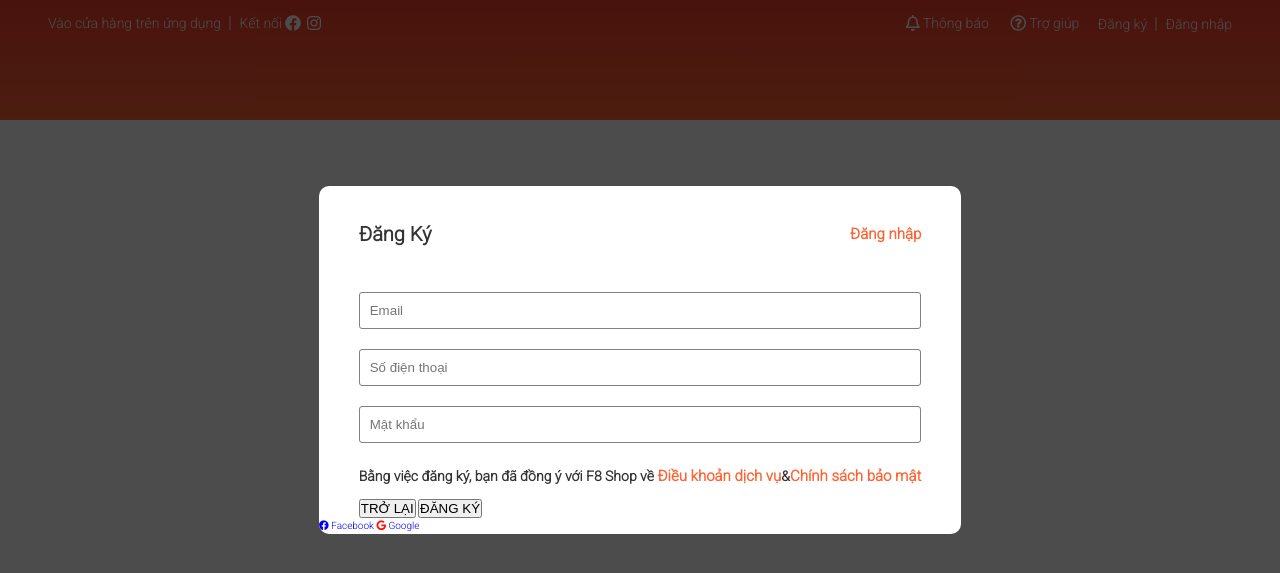
Repository: kebinh1235/Shopee-Demo
Page: index.html
These files come from the project's save history. The page is drawn as it stood at one moment and after the next save; the edit follows.
The browser window is 1280 px wide. The pictures show the whole page.

Above is the page before, as saved 2021-10-01 22:36:16.

### index.html
<!DOCTYPE html>
<html lang="en">

<head>
  <meta charset="UTF-8">
  <meta http-equiv="X-UA-Compatible" content="IE=edge">
  <meta name="viewport" content="width=device-width, initial-scale=1.0">
  <title>F8 Shop</title>
  <link rel="stylesheet" href="./asset/css/main.css">
  <link rel="stylesheet" href="./asset/css/base.css">
  <link rel="stylesheet" href="https://cdnjs.cloudflare.com/ajax/libs/font-awesome/5.15.4/css/all.min.css">
</head>

<body>
  <div class="app">
    <header class="header">
      <div class="grid">
        <nav class="header__navbar">
          <ul class="header__navbar-list">
            <li class="header__navbar-item header__item-separator">
              Vào cửa hàng trên ứng dụng
              <div class="header__navbar-QRCode">
                <div class="header__navbar-QRCode-img">
                  <img
                    src="https://upload.wikimedia.org/wikipedia/commons/thumb/d/d0/QR_code_for_mobile_English_Wikipedia.svg/1200px-QR_code_for_mobile_English_Wikipedia.svg.png"
                    alt="">
                </div>
                <div class="header__navbar-QRCode-social">
                  <a class="header__navbar-QRCode-link" href="#">
                    <i class="fab fa-google header__navbar-QRCode-icon-google"></i>
                    <span class="header__navbar-QRCode-title-google">Google</span>
                  </a>
                  <a class="header__navbar-QRCode-link" href="#">
                    <i class="fab fa-facebook header__navbar-QRCode-icon-facebook"></i>
                    <span class="header__navbar-QRCode-title-facebook">Facebook</span>
                  </a>
                </div>
              </div>
            </li>
            <li class="header__navbar-item">
              <span class="user__select-none">Kết nối</span>
              <a class="header__navbar-link-icon" href="#">
                <i class="fab fa-facebook header__navbar-icon"></i>
              </a>
              <a class="header__navbar-link-icon" href="#">
                <i class="fab fa-instagram header__navbar-icon"></i>
              </a>
            </li>
          </ul>
          <ul class="header__navbar-list">
            <li class="header__navbar-item">
              <a href="#" class="header__navbar-link">
                <i class="far fa-bell header__navbar-icon"></i>
                Thông báo
              </a>
              <div class="header__navbar-notification">
                <div class="header__navbar-noti-heading">
                  <h3>Thông báo nhận hàng</h3>
                </div>
                <ul class="header__navbar-noti-list">
                  <li class="header__navbar-noti-list-item header__navbar-noti-list-viewd">
                    <a class="header__navbar-noti-list-link" href="#">
                      <img src="https://www.oberlo.com/media/1603958036-new-products.jpg" alt="">
                      <div class="header_navbar-noti-content">
                        <span class="header_navbar-noti-name">Xác thực chính hãng nguồn gốc các sản phẩm Ohui</span>
                        <span class="header_navbar-noti-description">Xác thực chính hãng nguồn gốc các sản phẩm
                          Ohui</span>
                      </div>
                    </a>
                  </li>
                  <li class="header__navbar-noti-list-item header__navbar-noti-list-viewd">
                    <a class="header__navbar-noti-list-link" href="#">
                      <img src="https://www.oberlo.com/media/1603958036-new-products.jpg" alt="">
                      <div class="header_navbar-noti-content">
                        <span class="header_navbar-noti-name">Xác thực chính hãng nguồn gốc các sản phẩm Ohui</span>
                        <span class="header_navbar-noti-description">Xác thực chính hãng nguồn gốc các sản phẩm
                          Ohui</span>
                      </div>
                    </a>
                  </li>
                  <li class="header__navbar-noti-list-item">
                    <a class="header__navbar-noti-list-link" href="#">
                      <img src="https://www.oberlo.com/media/1603958036-new-products.jpg" alt="">
                      <div class="header_navbar-noti-content">
                        <span class="header_navbar-noti-name">Xác thực chính hãng nguồn gốc các sản phẩm Ohui</span>
                        <span class="header_navbar-noti-description">Xác thực chính hãng nguồn gốc các sản phẩm
                          Ohui</span>
                      </div>
                    </a>
                  </li>
                </ul>
                <div class="header__navbar-noti-footer">
                  <a class="header__navbar-noti-footer-link" href="#">Xem tất cả</a>
                </div>
              </div>
            </li>
            <li class="header__navbar-item">
              <a href="#" class="header__navbar-link">
                <i class="far fa-question-circle header__navbar-icon"></i>
                Trợ giúp
              </a>
            </li>
            <li class="header__navbar-item">
              <a href="#" class="header__navbar-link header__item-bold header__item-separator">Đăng ký</a>
            </li>
            <li class="header__navbar-item">
              <a href="#" class="header__navbar-link header__item-bold">Đăng nhập</a>
            </li>
          </ul>
        </nav>
      </div>
    </header>

    <div class="container">

    </div>

    <div class="footer">

    </div>
    <!--Modal-->
    <div class="modal">
      <div class="modal__overlay"></div>
      <div class="modal__body">
        <div class="modal__inner">
          <div class="auth__form">
            <div class="auth__form-padding">
              <div class="auth__form-header">
                  <h3 class="auth__form-heading">Đăng Ký</h3>
                  <span class="authb__form-btn-switch">Đăng nhập</span>
              </div>
              <div class="auth__form-form">
                <div class="auth__form-group">
                  <input class="auth__form-input" type="text" placeholder="Email">
                </div>
                <div class="auth__form-group">
                  <input class="auth__form-input" type="text" placeholder="Số điện thoại">
                </div>
                <div class="auth__form-group">
                  <input class="auth__form-input" type="text" placeholder="Mật khẩu">
                </div>
              </div>
              <div class="auth__form-note">
                <p class="auth_form-text">
                  Bằng việc đăng ký, bạn đã đồng ý với F8 Shop về
                  <a class="auth__form-note-link" href="#">Điều khoản dịch vụ</a>&<a class="auth__form-note-link" href="#">Chính sách bảo mật</a>
                </p>
              </div>
              <div class="auth__form-controls">
                <button class="btn">TRỞ LẠI</button>
                <button class="btn btn-primary">ĐĂNG KÝ</button>
              </div>
            </div>
            <div class="auth__form-social">
              <a href="#" class="btn btn-with-icon">
                <i class="fab fa-facebook header__navbar-QRCode-icon-facebook"></i>
                Facebook
              </a>
              <a href="#" class="btn btn-with-icon">
                <i class="fab fa-google header__navbar-QRCode-icon-google"></i>
                Google
              </a>
            </div>
          </div>
        </div>
      </div>
    </div>
  </div>
</body>

</html>

### asset/css/main.css
.header {
  height: 120px;
  background: linear-gradient(0, #fe6433, #f53e2d)
}
.header__navbar {
  display: flex;
  justify-content: space-between;
  padding: 10px 0;
}
.header__navbar-QRCode{
  background: white;
  height: 200px;
  position: absolute;
  top: 30px;
  padding: 10px;
  display: none;
  animation: fadeIn ease-out .8s;
}
.header__navbar-item:hover .header__navbar-QRCode {
  display: block;
}
.header__navbar-item:hover .header__navbar-notification {
  display: block;
}
.header__navbar-QRCode-img{
  width: 160px;
}
.header__navbar-QRCode-img img {
  width: 100%;
}
.header__navbar-QRCode-social {
  display: flex;
  align-items: center;
  justify-content: space-between;
}
.header__navbar-QRCode-social:before {
  content: '';
  position: absolute;
  top: -8px;
  left: 0;
  width: 100%;
  height: 10px;
  background: transparent;
}
.header__navbar-QRCode-link {
  font-size: 1.4rem;
  color: var(--text-color);
}
.header__navbar-QRCode-title-google:hover {
  color: #ff1100;
  transition: var(--transition-primary);
}
.header__navbar-QRCode-title-facebook:hover {
  color: blue;
  transition: var(--transition-primary);
}
.header__navbar-QRCode-icon-google {
  color: #ff1100;
}
.header__navbar-QRCode-icon-facebook {
  color: blue;
}
.header__navbar-list {
  list-style: none;
}
.header__navbar-item {
  margin: 0 8px;
  position: relative;
  min-height: 26px;
}
.header__item-separator::after {
  content: '';
  position: absolute;
  right: -10px;
  top: 50%;
  transform: translateY(-50%);
  height: 12px;
  border: 1px solid #FB9086;
}
.header__navbar-item,
.header__navbar-link {
  display: inline-block;
  font-size: 1.4rem;
  color: var(--white-color);
  text-decoration: none;
  font-weight: 300;
}
.header__navbar-item:hover,
.header__navbar-link:hover,
.header__navbar-link-icon:hover {
  cursor: pointer;
  color: rgba(255, 255, 255, 0.7);
}
.header__navbar-item,
.header__navbar-link,
.header__navbar-link-icon {
  display: inline-flex;
  align-items: center;
}
.header__navbar-link-icon {
  color: var(--white-color);
}
.header__navbar-icon {
  font-size: 1.6rem;
  margin: 0 3px;
}
.header__item-bold {
  font-weight: 500;
}
.user__select-none {
  cursor: text;
  color: var(--white-color);
}
.header__navbar-notification{
  position: absolute;
  top: 35px;
  right: 0;
  width: 404px;
  background: var(--white-color);
  display: none;
  box-shadow: rgba(0, 0, 0, 0.16) 0px 1px 4px;
  animation: growthUp ease-in .3s;
  will-change: opacity, transform, scale;
  transform-origin: calc(100% - 20px) top;
}
.header__navbar-notification:before {
  content: "";
  position: absolute;
  top: -10px;
  right: 0;
  width: 100%;
  background: transparent;
  height: 15px;
}
.header__navbar-notification:after {
  content: "";
  position: absolute;
  top: -32px;
  right: 10px;
  border: 20px solid #000;
  border-color: transparent transparent var(--white-color) transparent;
}
.header__navbar-noti-heading{
  padding: 10px;
  box-shadow: rgba(0, 0, 0, 0.16) 0px 1px 4px;
  cursor: default;
}
.header__navbar-noti-heading h3 {
  font-size: 1.6rem;
  color: var(--text-color);
}
.header__navbar-noti-list{
  list-style: none;
  box-shadow: rgba(0, 0, 0, 0.16) 0px 1px 1px;
}
.header__navbar-noti-list-item{
  padding: 8px 10px;
}
.header__navbar-noti-list-viewd{
  background: #ffe3e3;
}
.header__navbar-noti-list-item:hover{
  background: #f3c8c8;
  transition: var(--transition-primary);
}
.header__navbar-noti-list-link{
  display: inline-flex;
  align-items: center;
}
.header__navbar-noti-list-link img{
  width: 60px;
  object-fit: contain;
}
.header_navbar-noti-content{
  padding-left: 10px;
}
.header_navbar-noti-name{
  font-size: 1.4rem;
  font-weight: bold;
  color: var(--text-color);
  margin-bottom: 5px;
  line-height: 2rem;
  text-align: justify;
  display: block;
}
.header_navbar-noti-description{
  font-size: 1.3rem;
  color: var(--text-color-rgb-black);
  display: block;
}
.header__navbar-noti-footer{
  padding: 10px;
  text-align: center;
  box-shadow: rgba(0, 0, 0, 10px) 0px 1px 1px;
}
.header__navbar-noti-footer-link{
  color: var(--text-color-rgb-black);
}

/*Start Modal*/
.modal{
  position: fixed;
  /* top: 0;
  right: 0;
  bottom: 0;
  left: 0; */
  inset: 0;
  display: flex;
}
.modal__overlay{
  position: absolute;
  width: 100%;
  height: 100%;
  background: rgba(0, 0, 0, 0.7);
}
.modal__body{
  margin: auto;
  background: var(--white-color);
  overflow: hidden;
  z-index: 1;
  border-radius: 10px;
}
.modal__inner{
  padding: 0;
}
.auth__form-padding {
  padding: 0 40px;
}
.auth__form-header{
  display: flex;
  justify-content: space-between;
  align-items: center;
  padding: 40px 0;
}
.auth__form-heading{
  font-size: 2rem;
  color: var(--text-color);
  font-weight: bold;
}
.authb__form-btn-switch{
  font-size: 1.5rem;
  color: var(--primary-color);
  font-weight: bold;
}
.auth__form-group{
  padding: 10px 0;
  width: 100%;
}
.auth__form-input {
  width: 100%;
  padding: 10px;
  border-radius: 3px;
  overflow: hidden;
  border: 1px solid gray;
}
.auth__form-input:focus {
  outline: none;
}
.auth__form-note{
  font-size: 1.4rem;
  color: var(--text-color);
  font-weight: bold;
  padding: 15px 0;
}
.auth__form-note-link {
  color: var(--primary-color);
  font-size: 1.5rem;
}
.auth__form-note-icon {
  margin: 0 5px;
}
.auth__form-controls{

}
.auth__form-social{

}

/*End Modal*/

### asset/css/base.css
@import url('https://fonts.googleapis.com/css2?family=Roboto:wght@300&display=swap');
:root {
  --white-color: #fff;
  --black-color: #000;
  --primary-color: #fe6433;
  --text-color: #333;
  --text-color-rgb-black: rgba(0, 0, 0, 0.7);
  --transition-primary: all .2s linear;
  --btn-primary: linear-gradient(0, #fe6433, #f53e2d);
}

* {
  margin: 0;
  padding: 0;
  box-sizing: inherit;
  text-decoration: none;
}

html {
  font-size: 62.5%;
  line-height: 1.6rem;
  border: none;
  outline: none;
  overflow: hidden;
  box-sizing: border-box;
  font-family: 'Roboto', sans-serif;
}

.grid {
  width: 1200px;
  max-width: 100%;
  margin: 0 auto;
}

.grid__full-width {
  width: 100%;
}

.grid__row {
  display: flex;
  flex-wrap: wrap;
}

/*Animation*/
@keyframes fadeIn {
  0% {
    opacity: 0;
  }
  100% {
    opacity: 1;
  }
}

@keyframes growthUp {
  0% {
    opacity: 0;
    transform: scale(0);
  }
  100% {
    opacity: 1;
    transform: scale(1);
  }
}

After the next save:
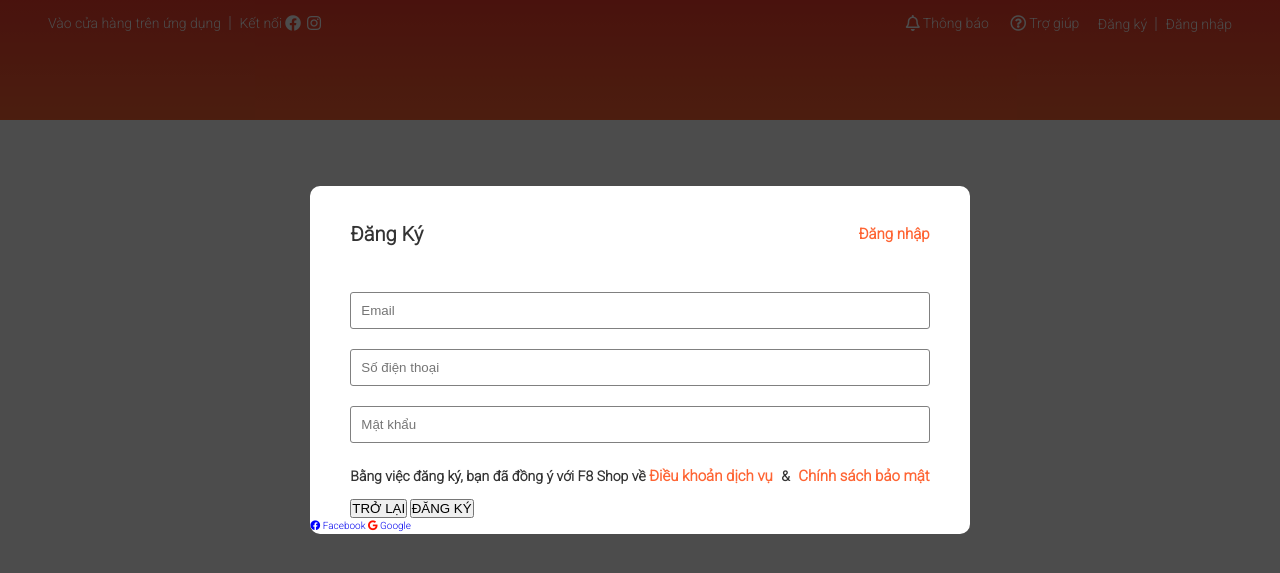
Saved 4 s later.
--- a/index.html
+++ b/index.html
@@ -143,7 +143,9 @@
               <div class="auth__form-note">
                 <p class="auth_form-text">
                   Bằng việc đăng ký, bạn đã đồng ý với F8 Shop về
-                  <a class="auth__form-note-link" href="#">Điều khoản dịch vụ</a>&<a class="auth__form-note-link" href="#">Chính sách bảo mật</a>
+                  <a class="auth__form-note-link" href="#">Điều khoản dịch vụ</a>
+                  <span class="auth__form-note-icon">&</span>
+                  <a class="auth__form-note-link" href="#">Chính sách bảo mật</a>
                 </p>
               </div>
               <div class="auth__form-controls">
